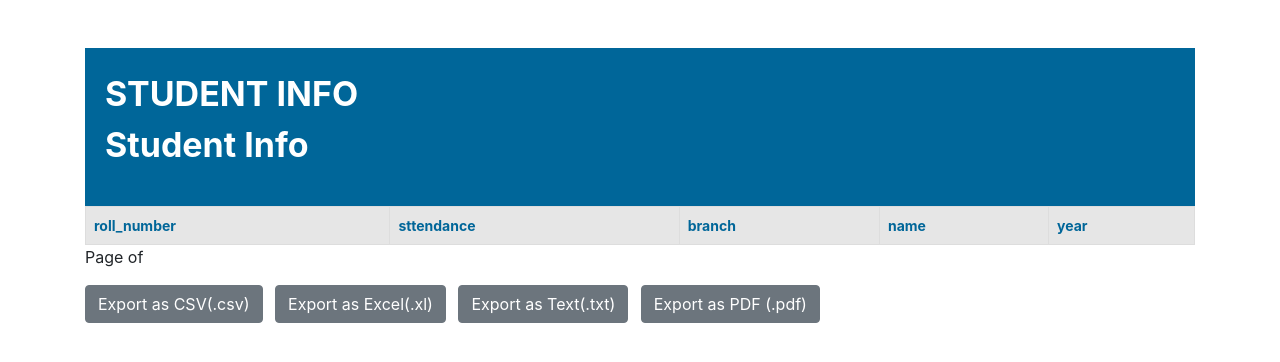
Repository: supranshu/CrystalReportGenerator
Page: http://localhost/produce_report
The author's editor kept a copy of each file at every save. The page is drawn from the files as they stood at one save, then again after a run of saves.
The browser window is 1280 px wide. The pictures show the whole page.
The page is this project's Thymeleaf template; nobody is signed in. The template is opened directly, without the code that normally fills it, so the values that code supplies are empty.

Above is the page before, as saved 2023-08-03 17:40:28.

### com.report/src/main/resources/templates/produce_report.html
<!DOCTYPE html>
<html xmlns:th="http://www.thymeleaf.org">
<head>
    <meta charset="UTF-8">
    <title>Produce Report</title>
    <link rel="stylesheet" href="https://maxcdn.bootstrapcdn.com/bootstrap/4.5.2/css/bootstrap.min.css">
    <style>
        /* Apply CSS styles here to mimic the appearance of the JRXML table */
        /* You can use inline styles or link to an external CSS file */
        /* Example styles to get you started */
        table {
            border-collapse: collapse;
            width: 100%;

        }
        th, td {
            padding: 8px;
            text-align: left;
            border: 1px solid #ddd;
        }
        th {
            font-size: 14px;
            font-weight: bold;
            background-color: #E6E6E6;
            color: #006699;

        }
        td {
            font-size: 14px;
            font-weight: 500;
        }

        .page-header {
            background-color: #006699;
            color: #FFFFFF;
            text-align: left;
            font-size: 34px;
            font-weight: bold;
            padding: 20px;
        }
    </style>

</head>

<body>
    <div class="container mt-5">
        <div class="page-header">
	        STUDENT INFO
	        <p>Student Info</p>
	    </div>

		    <table>
		        <thead>
		            <tr>
		                <th>roll_number</th>
		                <th>sttendance</th>
		                <th>branch</th>
		                <th>name</th>
		                <th>year</th>
		            </tr>
		        </thead>
		        <tbody>
		            <!-- Loop through students and generate table rows -->
		            <tr th:each="student : ${students}">
		                <td th:text="${student.rollNumber}">Roll Number</td>
		                <td th:text="${student.attendance}">Attendance</td>
		                <td th:text="${student.branch}">Branch</td>
		                <td th:text="${student.name}">Name</td>
		                <td th:text="${student.year}">Year</td>
		            </tr>
		        </tbody>
		    </table>
		    <div class="page-footer">
		        Page <span th:text="${currentPage}"></span> of <span th:text="${totalPages}"></span>
		    </div>








        <div class="mt-3">
            <a class="btn btn-secondary mr-2" th:href="@{/export/csv(year=${year}, branch=${branch})}" target="_blank">Export as CSV(.csv)</a>
            <a class="btn btn-secondary mr-2" th:href="@{/export/excel(year=${year}, branch=${branch})}" target="_blank">Export as Excel(.xl)</a>
            <a class="btn btn-secondary mr-2" th:href="@{/export/notepad(year=${year}, branch=${branch})}" target="_blank">Export as Text(.txt)</a>
            <a class="btn btn-secondary" th:href="@{/export/pdf(year=${year}, branch=${branch})}" target="_blank">Export as PDF (.pdf)</a>
        </div>
    </div>


</body>
</html>

After the next 2 saves:
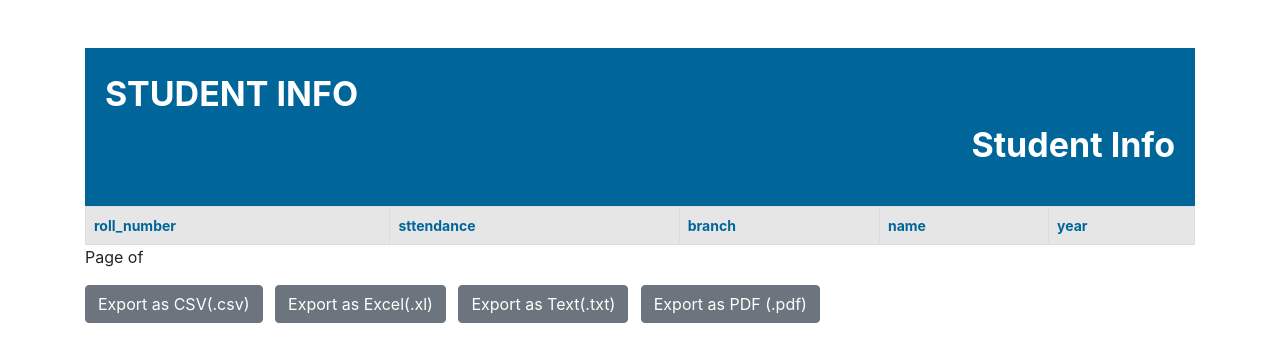
The 2 saves are shown as one change because they came seconds apart.
The last was saved 47 s later.
--- a/com.report/src/main/resources/templates/produce_report.html
+++ b/com.report/src/main/resources/templates/produce_report.html
@@ -37,6 +37,9 @@
             font-size: 34px;
             font-weight: bold;
             padding: 20px;
+        }
+        .page-header p{
+        	text-align: right;
         }
     </style>
 
